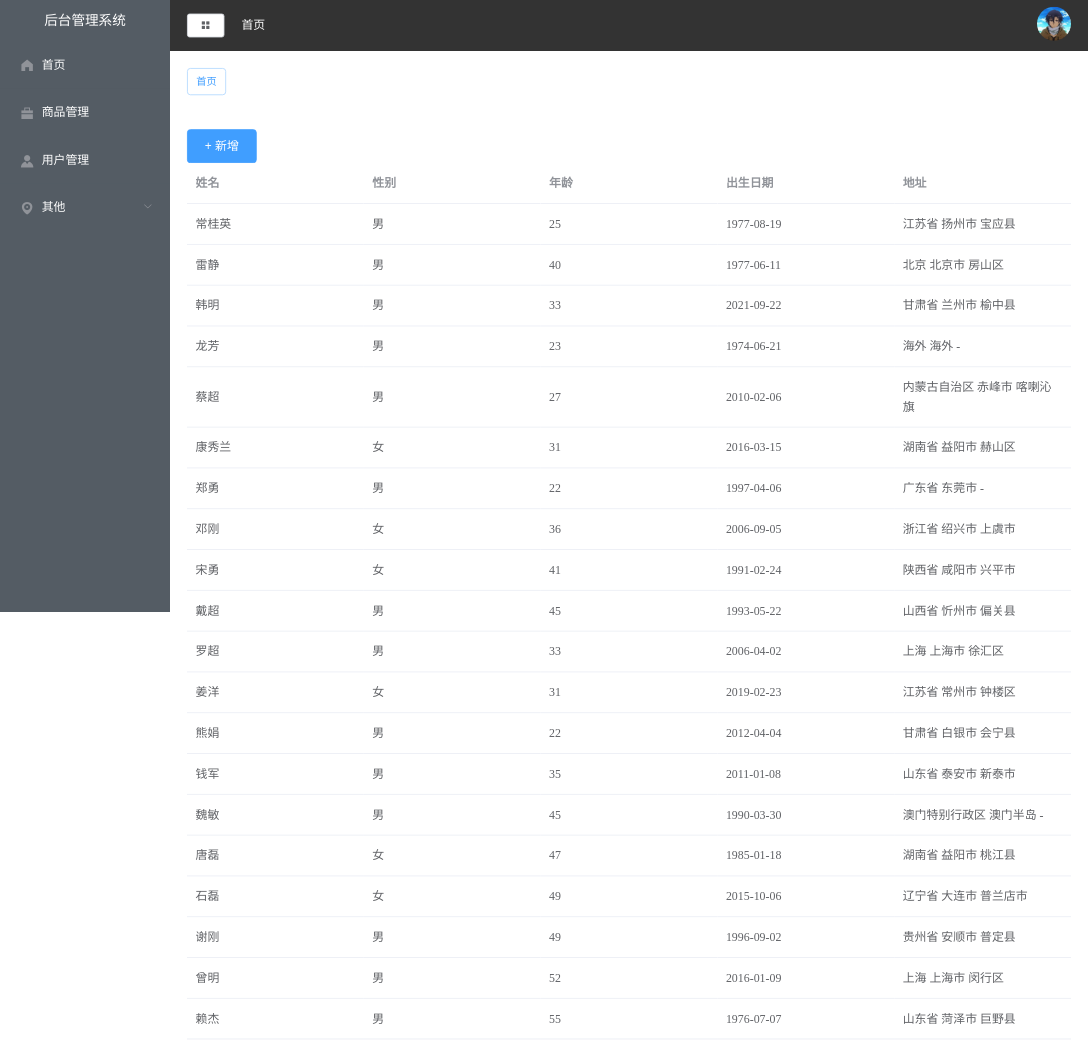
Repository: ldqml/ldqml.github.io
Page: /#/user
These files come from the project's save history. The page is drawn as it stood at one moment and after the next save; the edit follows.
The browser window is 1280 px wide. The pictures show the whole page, at 85% of full size.
The project was rebuilt for these pictures with package versions that can differ from the ones it lists, and the page was loaded fresh each time. Also part of the build but not shown: vue.config.js, src/views/Home.vue, src/views/Mall.vue, src/views/PageOne.vue, src/views/PageTwo.vue.

Above is the page before, as saved 2022-11-09 22:33:45.

After the next save:
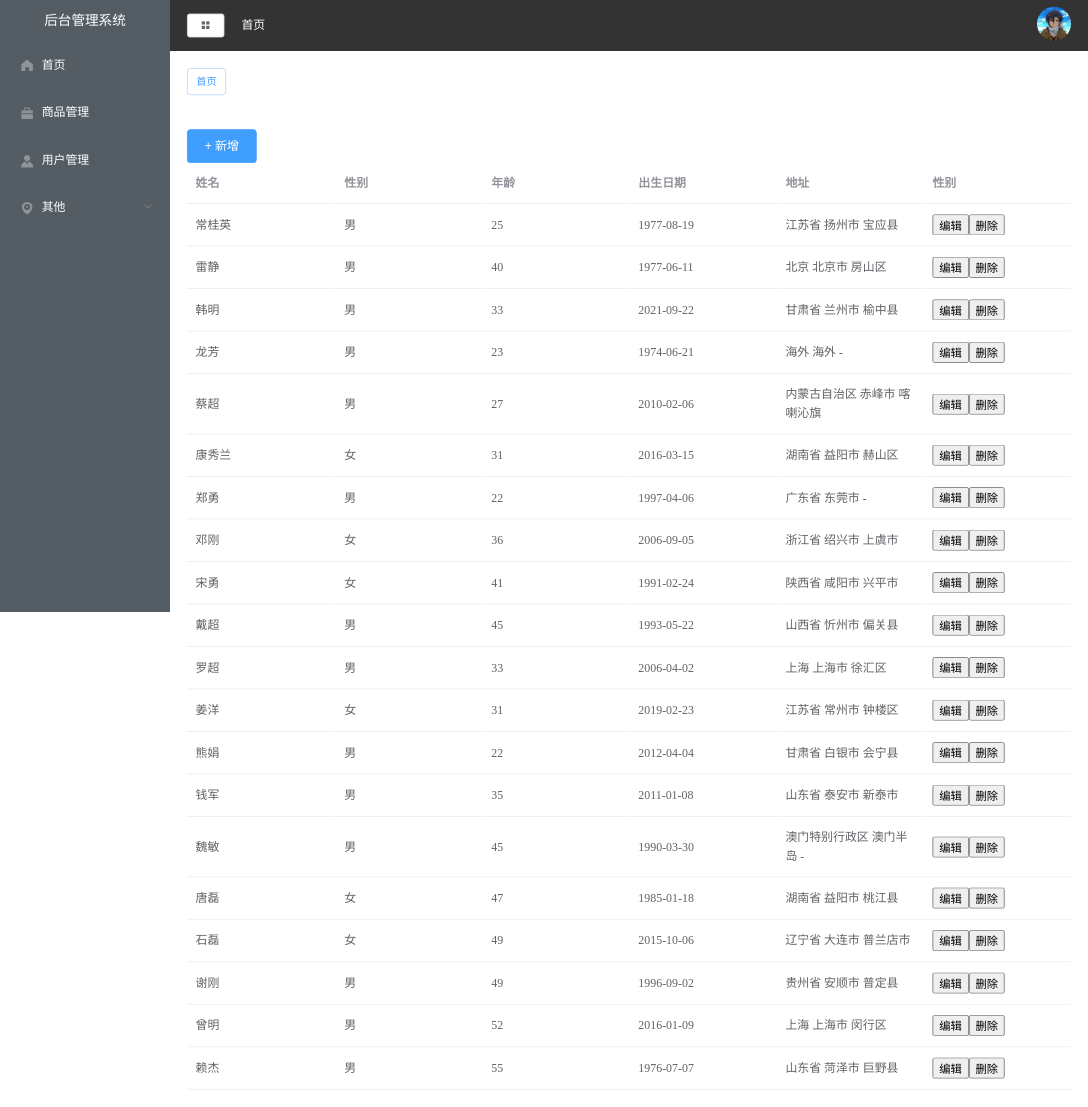
Saved 4 min 5 s later.
--- a/src/views/User.vue
+++ b/src/views/User.vue
@@ -64,6 +64,12 @@
         </el-table-column>
         <el-table-column prop="addr" label="地址">
         </el-table-column>
+        <el-table-column prop="sex" label="性别">
+          <template slot-scope="scope">
+            <button size='mini' @click="handleEdit(scope.row)">编辑</button>
+            <button size='mini' @click="handleDelete()">删除</button>
+          </template>
+        </el-table-column>
       </el-table>
     </div>
   </div>
